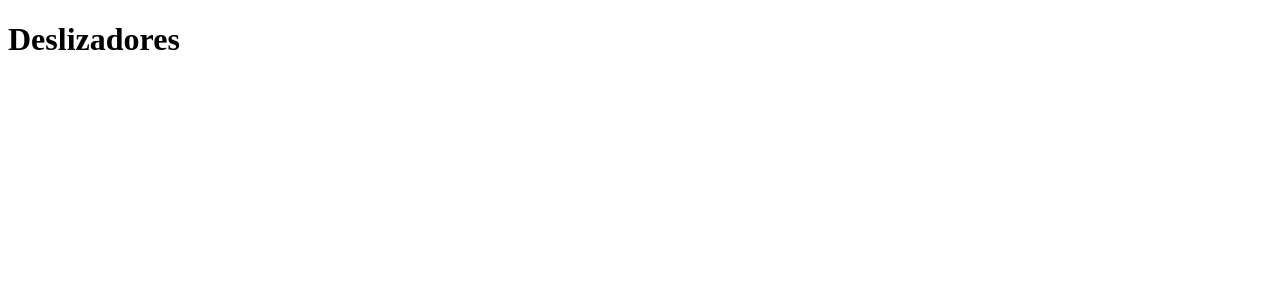
Repository: Kevin8548/Ejercicios-DOM
Page: Deslizador.html
These files come from the project's save history. The page is drawn as it stood at one moment and after the next save; the edit follows.
The browser window is 1280 px wide. The pictures show the whole page.

Above is the page before, as saved 2024-10-02 13:30:21.

### Deslizador.html
<!DOCTYPE html>
<html lang="en">
<head>
    <meta charset="UTF-8">
    <meta name="viewport" content="width=device-width, initial-scale=1.0">
    <title>Delizador</title>
    <link rel="stylesheet" href="./deslizadores.css">
</head>
<body>
    <H1>Deslizadores</H1>
    <div class="parent">
        <div class="div1"> </div>
        <div class="div2"> </div>
        </div>
</body>
</html>

### deslizadores.css
.parent {
    display: grid;
    grid-template-columns: repeat(5, 1fr);
    grid-template-rows: repeat(5, 1fr);
    grid-column-gap: 0px;
    grid-row-gap: 0px;
    }

    .div1 { grid-area: 1 / 2 / 2 / 5; }
    .div2 { grid-area: 3 / 3 / 4 / 4; }

After the next save:
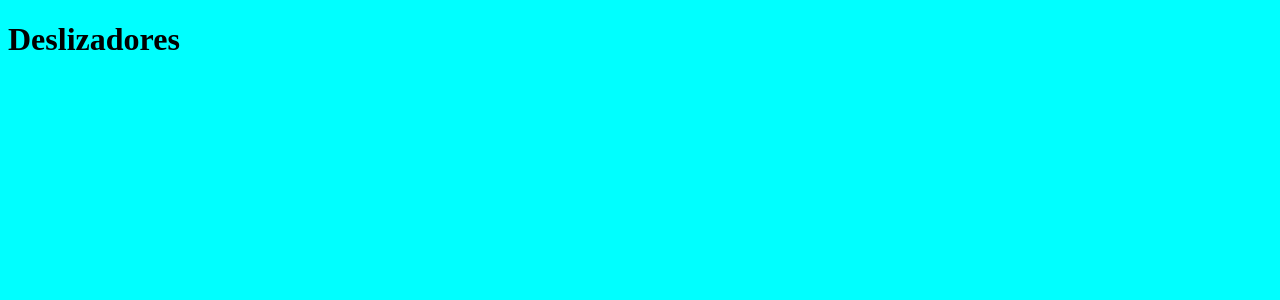
Saved 22 s later.
--- a/deslizadores.css
+++ b/deslizadores.css
@@ -8,3 +8,7 @@
 
     .div1 { grid-area: 1 / 2 / 2 / 5; }
     .div2 { grid-area: 3 / 3 / 4 / 4; }
+
+body{
+    background-color: aqua;
+}
